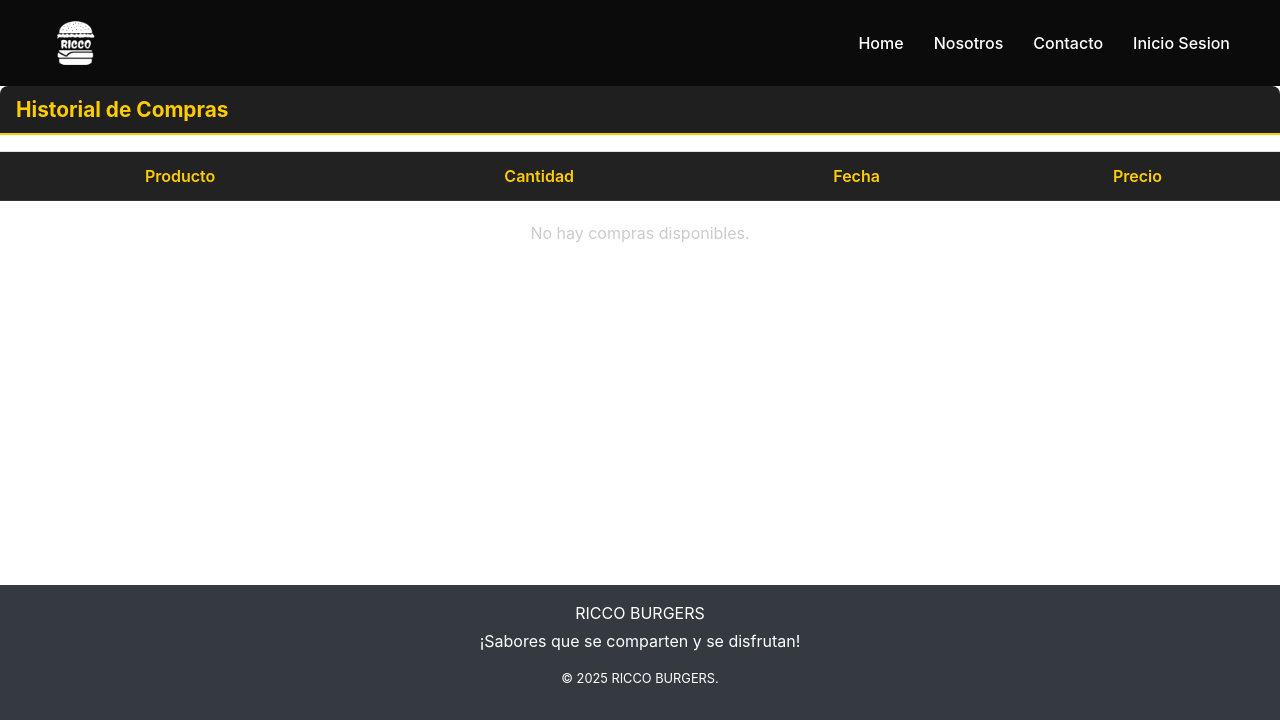
Repository: G10-ISPC/Frontend-Web
Page: /historialdecompras (app in frontend/)
These files come from the project's save history. The page is drawn as it stood at one moment and after the next save; the edit follows.
The browser window is 1280 px wide. The pictures show the whole page.
The page's requests for data from a server got no answer. Some web libraries are served in a nearby version. The project was rebuilt for these pictures with package versions that can differ from the ones it lists, and the page was loaded fresh each time. No one was signed in, and anything a server would have sent is missing. Also part of the build but not shown: frontend/angular.json, frontend/src/app/pages/productos/productos.component.ts, frontend/src/app/pages/productos/components/products/products.component.ts, frontend/src/app/pages/productos/components/product-card/product-card.component.ts, frontend/src/app/core/interfaces/producto.ts, frontend/src/app/core/pipes/truncate.pipe.ts, frontend/src/app/pages/cart/cart.component.ts, frontend/src/app/core/services/cart.service.ts and 19 more.

Above is the page before, as saved 2025-05-10 00:57:40.

### frontend/src/index.html
<!DOCTYPE html>
<html lang="en">

<head>
  <meta charset="UTF-8">
  <meta http-equiv="X-UA-Compatible" content="IE=edge">
  <meta name="viewport" content="width=device-width, initial-scale=1.0">

  <!-- Bootstrap CSS desde CDN -->
  <link href="https://cdn.jsdelivr.net/npm/bootstrap@5.3.3/dist/css/bootstrap.min.css" rel="stylesheet">

  <!-- FontAwesome CDN para íconos -->
  <script src="https://kit.fontawesome.com/d7af557b7e.js" crossorigin="anonymous"></script>
  <link rel="stylesheet" href="https://cdnjs.cloudflare.com/ajax/libs/font-awesome/6.0.0-beta3/css/all.min.css">

   <!-- Material Icons CDN -->
   <link href="https://fonts.googleapis.com/icon?family=Material+Icons" rel="stylesheet">


  <!-- Título de la página -->
  <title>RICCO BURGERS</title>
  <link rel="icon" type="image/x-icon" href="assets/img/logo1.ico"> <!--AGREGUE ESTO 15/01/25-->
</head>

<body>
  <app-root></app-root>

  <!-- Bootstrap JS Bundle desde CDN -->
  <script src="https://cdn.jsdelivr.net/npm/bootstrap@5.3.3/dist/js/bootstrap.bundle.min.js"></script>

</body>

</html>

### frontend/src/styles.css
/* You can add global styles to this file, and also import other style files */
body {
    display: flex;
    flex-direction: column;
    min-height: 100vh;
  }

  app-root {
    display: flex;
    flex-direction: column;
    flex: 1;
  }



  .app-download-section {
    background-image: url('/assets/img/riccomobile1.png');
    background-size: cover;
    background-repeat: no-repeat;
    background-position: center bottom bottom;
    background-color: #000;
    padding-top: 70px;
    min-height: 80vh;
    width: 100%;
  }

  .app-text-box {
    background: rgba(0, 0, 0, 0.7);
    padding: 30px 40px;
    border-radius: 12px;
    color: white;
    margin-top: -30px;
    margin-left: 40px;
    max-width: 450px;
  }


  .section-title {
    font-size: 1.8 rem;
    font-weight: 800;
    text-transform: uppercase;
    margin-left: 15px;
    margin-bottom: 15px;
    color: #fff;
  }

  .section-subtitle {
    font-size: 0.9rem;
    font-weight: 600;
    text-transform: uppercase;
    margin-bottom: 20px;
    color: #ddd;
    text-align: center;
    margin-left: 15px;
  }

  .button-group {
    display: flex;
    flex-direction: column;
    gap: 10px;
    align-items: center;
  }

  .download-button {
    font-weight: bold;
    font-size: 0.9rem;
    padding: 8px 12px;
    width: 250px;
    background-color: #28a745;
    border: none;
  }

  .github-button {
    font-weight: bold;
    font-size: 0.9rem;
    padding: 8px 12px;
    width: 250px;
    background-color: #ffc107;
    border: none;
    color: black;
  }

### frontend/src/app/app.config.ts
import { ApplicationConfig, importProvidersFrom } from '@angular/core';
import { provideRouter } from '@angular/router';

import { routes } from './app.routes';
import { HTTP_INTERCEPTORS, HttpClientModule, provideHttpClient, withInterceptors } from '@angular/common/http';
import { injectToken } from './core/interceptors/auth-interceptor';
import { HttpErrorInterceptor } from './core/interceptors/errors-interceptor';




export const appConfig: ApplicationConfig = {
  providers: [provideRouter(routes), importProvidersFrom(HttpClientModule),
    provideHttpClient(withInterceptors([injectToken])),
    {
      provide:HTTP_INTERCEPTORS, useClass:HttpErrorInterceptor, multi: true,deps:[]
    }
  ]

};

### frontend/src/app/app.component.ts
import { Component } from '@angular/core';
import { CommonModule } from '@angular/common';
import { RouterOutlet } from '@angular/router';
import { NavComponent } from './shared/nav/nav.component';
import { FooterComponent } from './shared/footer/footer.component';



@Component({
  selector: 'app-root',
  standalone: true,
  imports: [CommonModule, RouterOutlet, NavComponent, FooterComponent],
  templateUrl: './app.component.html',
  styleUrl: './app.component.css'
})
export class AppComponent {
  title = 'Ricco2024';
}

### frontend/src/app/app.routes.ts
import { Routes } from '@angular/router';
import { ProductosComponent } from './pages/productos/productos.component';
import { HomeComponent } from './pages/home/home.component';
import { NosotrosComponent } from './pages/nosotros/nosotros.component';
import { ContactoComponent } from './pages/contacto/contacto.component';
import { Error404Component } from './pages/error404/error404.component';
import { AdminComponent } from './pages/admin/admin.component';
import { RegistroComponent } from './pages/auth/registro/registro.component';
import { LoginComponent } from './pages/auth/login/login.component';
import { DashboardComponent } from './pages/dashboard/dashboard.component';
import { HistorialdecomprasComponent } from './pages/dashboard/historialdecompras/historialdecompras.component';
import { CartComponent } from './pages/cart/cart.component';
import { isLoggedInGuard } from './core/guards/is-logged-in.guard';
import { PerfilUsuarioComponent } from './pages/perfil-usuario/perfil-usuario.component';

export const routes: Routes = [
    { path: "", redirectTo: "/home", pathMatch: "full" },
    { path: "login", component: LoginComponent },
    { path: 'productos', component: ProductosComponent, canActivate:[isLoggedInGuard] },
    { path: 'home', component: HomeComponent },
    { path: 'nosotros', component: NosotrosComponent },
    { path: 'contacto', component: ContactoComponent },
    { path: 'admin', component: AdminComponent, canActivate:[isLoggedInGuard]  },
    { path: 'registro', component: RegistroComponent },
    { path: 'dashboard', component: DashboardComponent, canActivate:[isLoggedInGuard]  },
    { path: 'perfil-usuario', component: PerfilUsuarioComponent, canActivate:[isLoggedInGuard]},
    { path: 'historialdecompras', component: HistorialdecomprasComponent },
    { path: 'cart', component: CartComponent },
    { path: '**', component: Error404Component },

];

### frontend/src/app/core/interceptors/auth-interceptor.ts
import { HttpInterceptorFn } from "@angular/common/http";
import { inject } from "@angular/core";
import { LogService } from "../../core/services/log.service";

export const injectToken: HttpInterceptorFn = (req, next) => {
    const loginService = inject(LogService);
    const token = loginService.getToken();
    console.log(`Token: ${token}`);
    if (token) {
        const modifiedRequest = req.clone({
            setHeaders: {
                Authorization: `Bearer ${token}`
            }
        });
        console.log(modifiedRequest);
        return next(modifiedRequest);
    } else {
        return next(req);
    }
};

### frontend/src/app/core/interceptors/errors-interceptor.ts
import { HttpErrorResponse, HttpEvent, HttpHandler, HttpInterceptor, HttpRequest } from "@angular/common/http";
import { Injectable } from "@angular/core";
import { Observable, catchError, throwError } from "rxjs";
import { LogService } from "../../core/services/log.service";

@Injectable()
export class HttpErrorInterceptor implements HttpInterceptor{
    constructor(private logService: LogService){}
    intercept(req: HttpRequest<any>, next: HttpHandler): Observable<HttpEvent<any>> {
        return next.handle(req).pipe(
            catchError((error:HttpErrorResponse)=>{
                //if (true){this.logService.logout()}
                console.log(error)
                return throwError(error)
            }
            )
        )
    }
}

### frontend/src/app/app.component.html
<app-nav></app-nav>

<main class="content">
  <router-outlet></router-outlet>
</main>

<app-footer></app-footer>

### frontend/src/app/app.component.css
.body {
    background: #f5f5f5;
}
.content {
    flex: 1;
    display: flex;
    flex-direction: column;
  }

### frontend/src/app/shared/nav/nav.component.ts
import { Component } from '@angular/core';
import { Router, RouterLink } from '@angular/router';
import { LogService } from '../../core/services/log.service';
import { CommonModule } from '@angular/common';
import { Observable } from 'rxjs';
import { __values } from 'tslib';

@Component({
  selector: 'app-nav',
  standalone: true,
  imports: [RouterLink, CommonModule],
  templateUrl: './nav.component.html',
  styleUrl: './nav.component.css'
})
export class NavComponent {
  public readonly isAdmin$: Observable<boolean>=this.logService.isAdmin;
  public username: string | null = null;
  public firstName: string | null = null;
  public lastName: string | null = null;
constructor (private logService: LogService,
  private router: Router
){
  this.isAdmin$.subscribe( __values=> {
    console.log (__values)
  }
  )
}
readonly isUserLogin$=this.logService.isUserLogin();

ngOnInit(): void {
    this.logService.currentUser$.subscribe(user => {
    this.firstName = user.first_name;
    this.lastName = user.last_name;
  });

  console.log('First Name:', this.firstName);
  console.log('Last Name:', this.lastName);

  window.addEventListener('click', () => this.logService.startSessionTimeout());
  window.addEventListener('mousemove', () => this.logService.startSessionTimeout());
  window.addEventListener('keydown', () => this.logService.startSessionTimeout());

}

logout():void{
  this.logService.logout();
}
}

### frontend/src/app/shared/footer/footer.component.ts
import { Component } from '@angular/core';


@Component({
  selector: 'app-footer',
  standalone: true,
  imports: [],
  templateUrl: './footer.component.html',
  styleUrl: './footer.component.css'
})
export class FooterComponent {
  currentYear: number = new Date().getFullYear();
}

### frontend/src/app/core/guards/is-logged-in.guard.ts
import { Injectable } from '@angular/core';
import { CanActivate, Router, ActivatedRouteSnapshot, RouterStateSnapshot } from '@angular/router';
import { LogService } from '../services/log.service';
import { Observable } from 'rxjs';
import { map } from 'rxjs';

@Injectable({
  providedIn: 'root'
})
export class isLoggedInGuard implements CanActivate {

  constructor(private logService: LogService, private router: Router) {}

  canActivate(route: ActivatedRouteSnapshot, state: RouterStateSnapshot): Observable<boolean> | Promise<boolean> | boolean {
    return this.logService.isUserLogin().pipe(map(isAuthenticated => {
      if (isAuthenticated) {
        return true;
      } else {
        this.router.navigate(['/login'], { queryParams: { returnUrl: state.url } });
        console.log('Bloque else del guardia IsLoggedInGuard ejecutado');
        alert('Acceso no autorizado. Debe iniciar sesión.');
        return false;
      }
    }));
  }
}

### frontend/src/app/shared/nav/nav.component.html
<nav class="navbar navbar-expand-lg navbar-dark bg-black">
  <div class="container-fluid">
    <a class="nav-link d-flex align-items-center" routerLink="/home">
      <img class="icon" src="../../../assets/img/logo1.ico" alt="Ricco"class="logo me-2">
      <span *ngIf="isUserLogin$ | async" class="nav-link text-light">{{ firstName }} {{lastName}}</span>
      <span *ngIf="isAdmin$ | async" class="nav-link text-light">  - (Admin)</span>
    </a>
    <button
      class="navbar-toggler"
      type="button"
      data-bs-toggle="collapse"
      data-bs-target="#navbarnavaltmarkup"
      aria-controls="navbarnavaltmarkup"
      aria-expanded="false"
      aria-label="Toggle navigation">
      <span class="navbar-toggler-icon"></span>
    </button>
    <div class="collapse navbar-collapse justify-content-end text-center" id="navbarnavaltmarkup">
      <div class="navbar-nav">
        <a class="nav-link text-light" routerLink="/home">Home</a>
        <a class="nav-link text-light" routerLink="/nosotros">Nosotros</a>
        <a class="nav-link text-light" routerLink="/contacto">Contacto</a>
        <a *ngIf="isUserLogin$ | async" class="nav-link text-light" routerLink="/productos">Productos</a>
        <a  *ngIf="(isUserLogin$ | async) && !(isAdmin$ | async)" class="nav-link text-light" routerLink="/dashboard">Mis Compras</a>
        <a  *ngIf="(isUserLogin$ | async) && !(isAdmin$ | async)" class="nav-link text-light" routerLink="/perfil-usuario">Perfil</a>
        <a  *ngIf="(isAdmin$ | async)" class="nav-link text-light" routerLink="/admin">Dashboard Admin</a>
        <a  *ngIf="!(isUserLogin$ | async)" class="nav-link text-light" routerLink="/login">Inicio Sesion</a>
        <a  *ngIf="isUserLogin$ | async"class="nav-link text-light" role="button" (click)="logout()">Salida</a>

      </div>
    </div>
  </div>
</nav>

### frontend/src/app/shared/nav/nav.component.css
.logo {
   width: 50px;
   height: auto;
 }

 .navbar {
   background: #0b0b0b !important;
   padding: 10px 20px;
 }

 .navbar-nav .nav-link {
   color: white !important;
   font-weight: 500;
   padding: 10px 15px;
   transition: background 0.3s ease-in-out, color 0.3s ease-in-out;
 }

 .navbar-nav .nav-link:hover {
   background: #ffcc00;
   color: black !important;
   border-radius: 5px;
 }

 @media (max-width: 768px) {
   .navbar-nav {
     margin-top: 1rem;
     text-align: left;
   }

   .navbar-nav .nav-link {
     padding: 10px 0;
   }
 }

### frontend/src/app/shared/footer/footer.component.html
<footer class="text-center text-white bg-dark py-3">
    <div class="container">
        <p class="mb-1">RICCO BURGERS</p>
        <p class="mb-1">¡Sabores que se comparten y se disfrutan!</p>
        <p class="mt-3 small">© {{ currentYear }} RICCO BURGERS.</p>
    </div>
</footer>

### frontend/src/app/pages/dashboard/historialdecompras/historialdecompras.component.html
<link rel="stylesheet" href="https://cdnjs.cloudflare.com/ajax/libs/font-awesome/5.15.3/css/all.min.css">
<link rel="stylesheet" href="https://stackpath.bootstrapcdn.com/bootstrap/4.5.2/css/bootstrap.min.css">
<div class="historial-card">
    <div class="historial-header">
      Historial de Compras
    </div>
    <div class="historial-body">
      <table class="table table-hover historial-tabla">
        <thead>
          <tr>
            <th>Producto</th>
            <th>Cantidad</th>
            <th>Fecha</th>
            <th>Precio</th>
          </tr>
        </thead>
        <tbody>
          <ng-container *ngFor="let compra of getCompra">
            <tr *ngFor="let detalle of compra.detalles">
              <td>{{ detalle.nombre_producto || 'Producto no disponible' }}</td>
              <td>{{ detalle.cantidad }}</td>
              <td>{{ compra.fecha || 'Fecha no disponible' }}</td>
              <td>{{ detalle.precio_calculado }}</td>
            </tr>
          </ng-container>
        </tbody>
      </table>

      <div *ngIf="!getCompra || getCompra.length === 0" class="mensaje-vacio">
        <p>No hay compras disponibles.</p>
      </div>
    </div>
  </div>

### frontend/src/app/pages/dashboard/historialdecompras/historialdecompras.component.css

.card {
    background-color: #1a1a1a;
    border: 1px solid #ffcc00;
    color: #ffffff;
    box-shadow: 0 0 10px rgba(255, 204, 0, 0.1);
    padding: 1rem;
    border-radius: 8px;
  }

  .card-header,
  .historial-header {
    background-color: #1f1f1f;
    color: #ffcc00;
    font-weight: bold;
    font-size: 1.3rem;
    border-bottom: 2px solid #ffcc00;
    padding: 0.5rem 1rem;
    border-top-left-radius: 8px;
    border-top-right-radius: 8px;
  }

  .table {
    background-color: transparent;
    color: #f1f1f1;
    border-collapse: collapse;
    width: 100%;
    margin-top: 1rem;
  }

  .table th,
  .table td {
    padding: 0.75rem 1rem;
    border-bottom: 1px solid #333;
    text-align: center;
  }

  .table th {
    background-color: #222;
    color: #ffcc00;
    font-weight: 600;
  }

  .table tr:hover {
    background-color: rgba(255, 204, 0, 0.05);
  }

  .btn-back,
  .btn-volver {
    margin-top: 1rem;
    background-color: #ffcc00;
    color: #1a1a1a;
    padding: 0.5rem 1rem;
    font-weight: bold;
    border: none;
    border-radius: 5px;
    transition: background-color 0.3s ease;
    display: inline-block;
  }

  .btn-back:hover,
  .btn-volver:hover {
    background-color: #e6b800;
    color: #000;
  }

  input[type="text"],
  input[type="date"] {
    background-color: #121212;
    color: #ffffff;
    border: 1px solid #cccccc;
    padding: 6px 10px;
    border-radius: 4px;
  }

  button.btn-exportar {
    background-color: #ffcc00;
    color: #121212;
    font-weight: bold;
    border: none;
    padding: 6px 12px;
    border-radius: 4px;
    margin-top: 10px;
  }

  button.btn-exportar:hover {
    background-color: #e6b800;
  }

  .mensaje-vacio {
    text-align: center;
    margin-top: 20px;
    color: #cccccc;
  }

### frontend/src/app/core/services/detalle.service.ts
import { Injectable } from '@angular/core';
import { HttpClient } from '@angular/common/http';
import { Observable } from 'rxjs';
import { Detalle } from '../interfaces/detalle';

@Injectable({
  providedIn: 'root'
})
export class DetalleService {
  private Url = '/api/detalle/';

  constructor(private http: HttpClient) { }

  getDetalle(): Observable<Detalle[]> {
    return this.http.get<Detalle[]>(this.Url);
  }

  actualizarDetalle(id: number, detalle: Detalle): Observable<Detalle> {
    return this.http.put<Detalle>(`${this.Url}${id}/`, detalle);
  }

  eliminarDetalle(id: number): Observable<any> {
    return this.http.delete(`${this.Url}${id}/`);
  }

  agregarDetalle(detalle: Detalle): Observable<Detalle> {
    return this.http.post<Detalle>(this.Url, detalle);
  }

}

### frontend/src/app/core/services/compra.service.ts
import { Injectable } from '@angular/core';
import { HttpClient } from '@angular/common/http';
import { Observable } from 'rxjs';
import { Compra } from '../interfaces/compra';

@Injectable({
  providedIn: 'root'
})
export class CompraService {

  private misComprasUrl = 'api/mis-compras/';

  constructor(private http: HttpClient) { }

  registrarCompra(compra: Compra): Observable<Compra> {

    compra.fecha = new Date();

    return this.http.post<Compra>(this.misComprasUrl, compra);
  }

  getCompras(): Observable<Compra[]> {
    const token = localStorage.getItem('access_token');
    return this.http.get<Compra[]>(this.misComprasUrl, {
      headers: {
      'Authorization': `Bearer ${token}`
      }
    });
  }

  getCompra(id: number): Observable<Compra> {
    return this.http.get<Compra>(`${this.misComprasUrl}${id}/`);
  }

  actualizarCompra(id: number, compra: Compra): Observable<Compra> {
    return this.http.put<Compra>(`${this.misComprasUrl}${id}/`, compra);
  }

  eliminarCompra(id: number): Observable<any> {
    return this.http.delete(`${this.misComprasUrl}${id}/`);
  }
}

Loaded but not shown: frontend/src/main.ts (common file); frontend/src/app/pages/dashboard/historialdecompras/historialdecompras.component.ts (185 lines, source omitted); frontend/src/app/core/services/log.service.ts (179 lines, source omitted); frontend/src/app/shared/footer/footer.component.css (no stored copy; drawn as an empty file)

After the next save:
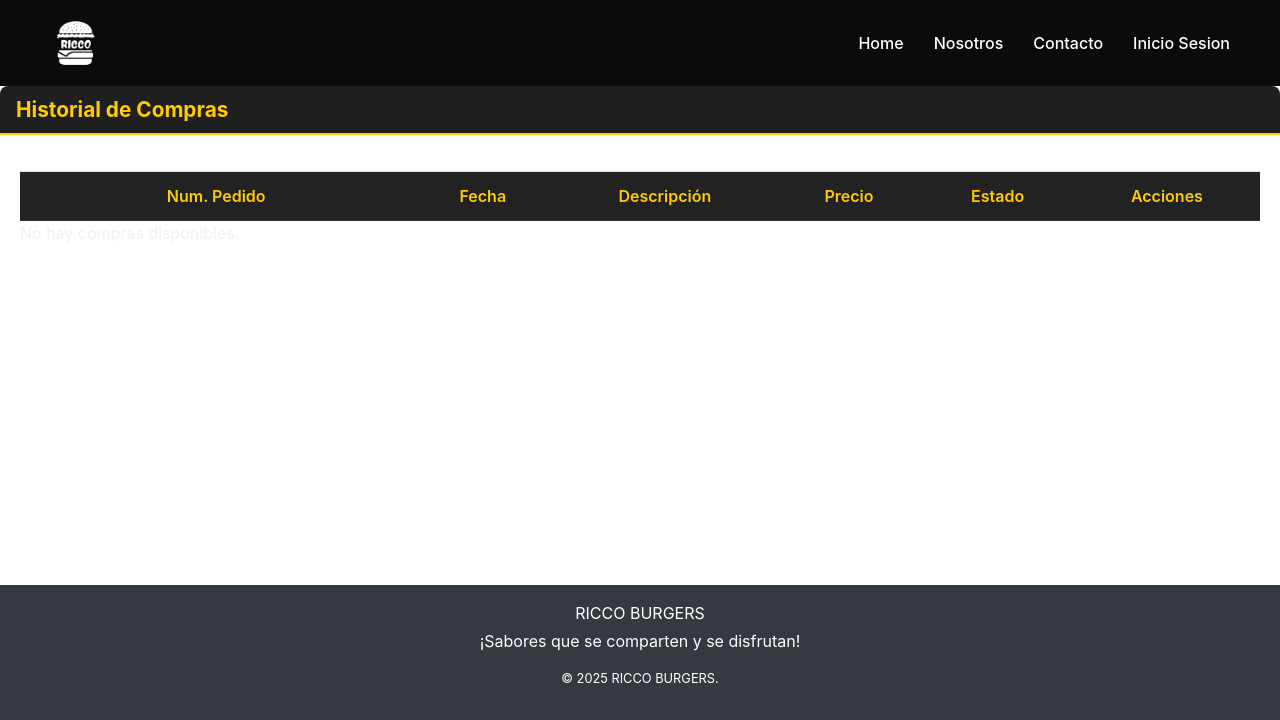
Saved 71 s later.
--- a/frontend/src/app/pages/dashboard/historialdecompras/historialdecompras.component.html
+++ b/frontend/src/app/pages/dashboard/historialdecompras/historialdecompras.component.html
@@ -3,31 +3,52 @@
 <div class="historial-card">
     <div class="historial-header">
       Historial de Compras
+     </div>
+        <div class="card-body">
+            <table class="table table-hover">
+                <thead>
+                    <tr>
+                        <th>Num. Pedido</th>
+                        <th>Fecha</th>
+                        <th>Descripción</th>
+                        <th>Precio</th>
+                        <th>Estado</th>
+                        <th>Acciones</th>
+                    </tr>
+                </thead>
+                <tbody>
+                    <tr *ngFor="let compra of getCompra">
+                      <td>{{ compra.id_compra }}</td>
+                      <td>{{ compra.fecha | date:'yyyy-MM-dd HH:mm:ss' }}</td>
+                      <td>{{ generarDescripcionCompra(compra.detalles) }}</td>
+                      <td>${{ compra.precio_total | number:'1.0-0' }}</td>
+                      <td>{{compra.estado}}</td>
+                      <td>
+                        <button class="btn btn-sm"
+                                [ngClass]="{
+                                    'btn-danger': mostrarBotonCancelar(compra),
+                                    'btn-secondary': !mostrarBotonCancelar(compra)
+                                           }"
+                                [disabled]="!mostrarBotonCancelar(compra)"
+                                (click)="cancelarPedido(compra.id_compra!)">
+                                ❌ Cancelar pedido
+                        </button>
+
+
+                        <small *ngIf="compra.id_compra && temporizadores[compra.id_compra]" class="text-muted d-block mt-1">
+                          ⏳ {{ temporizadores[compra.id_compra!] }}
+                        </small>
+                        <small *ngIf="temporizadores[compra.id_compra!] === 'Tiempo agotado'" class="text-danger d-block mt-1">
+                          Ya no se puede cancelar
+                        </small>
+                      </td>
+                    </tr>
+                  </tbody>
+
+                <!-- Mensaje si no hay detalles -->
+                <div *ngIf="!getCompra || getCompra.length === 0">
+                    <p>No hay compras disponibles.</p>
+                </div>
+            </table>
+        </div>
     </div>
-    <div class="historial-body">
-      <table class="table table-hover historial-tabla">
-        <thead>
-          <tr>
-            <th>Producto</th>
-            <th>Cantidad</th>
-            <th>Fecha</th>
-            <th>Precio</th>
-          </tr>
-        </thead>
-        <tbody>
-          <ng-container *ngFor="let compra of getCompra">
-            <tr *ngFor="let detalle of compra.detalles">
-              <td>{{ detalle.nombre_producto || 'Producto no disponible' }}</td>
-              <td>{{ detalle.cantidad }}</td>
-              <td>{{ compra.fecha || 'Fecha no disponible' }}</td>
-              <td>{{ detalle.precio_calculado }}</td>
-            </tr>
-          </ng-container>
-        </tbody>
-      </table>
-
-      <div *ngIf="!getCompra || getCompra.length === 0" class="mensaje-vacio">
-        <p>No hay compras disponibles.</p>
-      </div>
-    </div>
-  </div>
